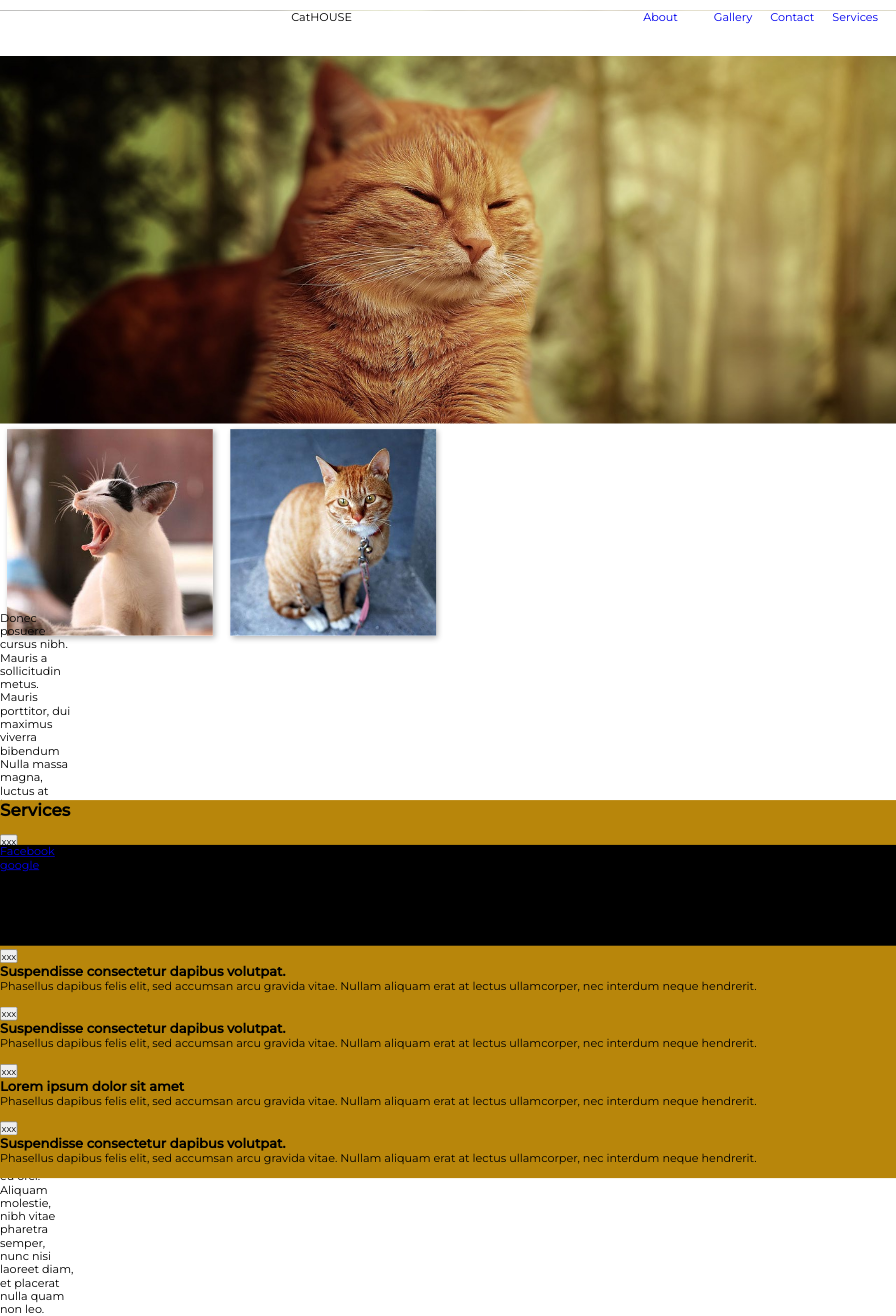
Repository: raul4264/final
Page: index.html
These files come from the project's save history. The page is drawn as it stood at one moment and after the next save; the edit follows.
The browser window is 1280 px wide. The pictures show the whole page, at 70% of full size.

Above is the page before, as saved 2021-03-23 13:59:18.

After the next save:
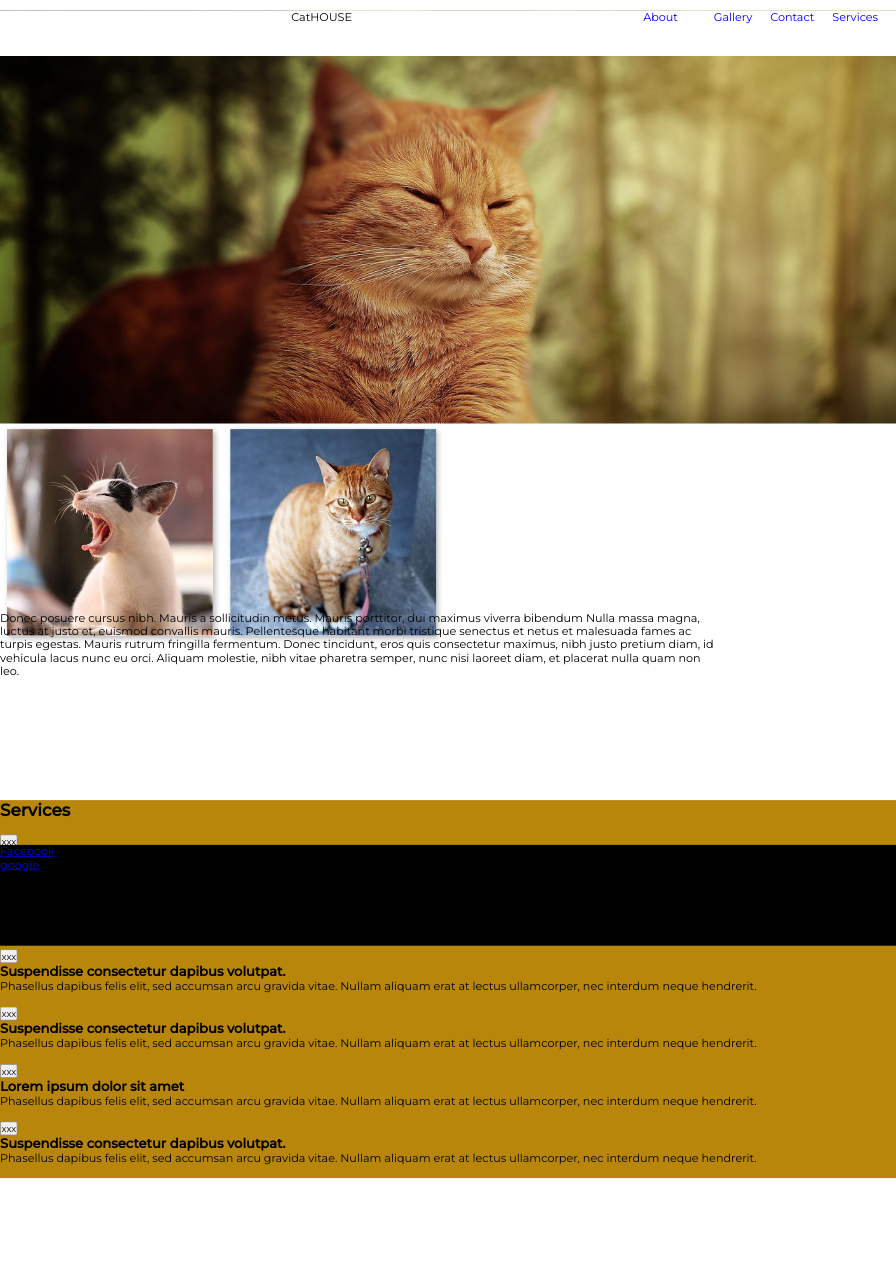
Saved 27 s later.
--- a/css/estilos.css
+++ b/css/estilos.css
@@ -81,7 +81,7 @@ nav ul li a {
     grid-column-end: 2;
     grid-row-start:2 ;
     grid-row-end: 3;
-    max-width: min-content;
+    max-width:80%;
 }
   .cards img {
     margin: 10px;
